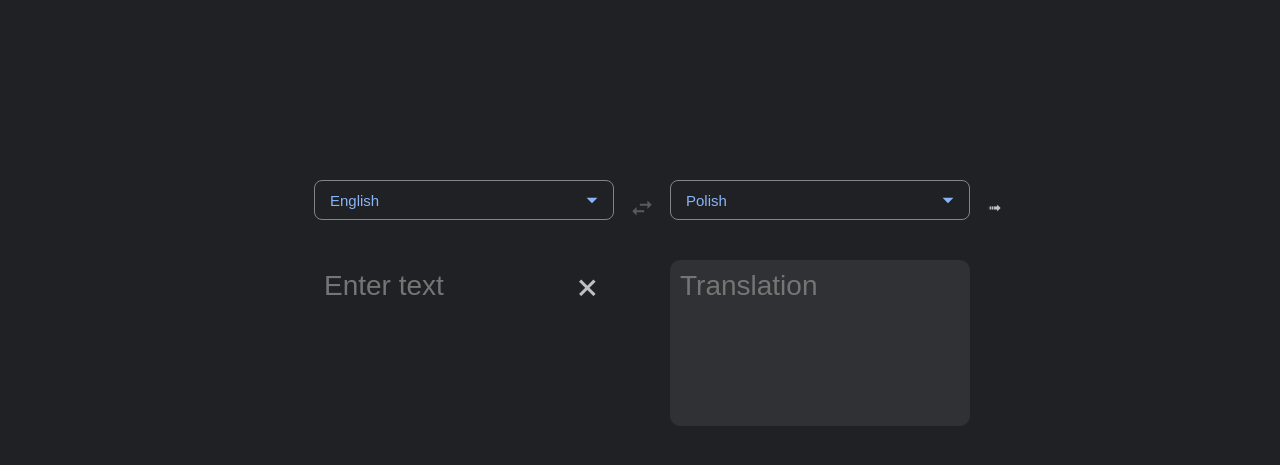
Repository: ShamroOoz/R-varspr-ket-Translator
Page: /
These files come from the project's save history. The page is drawn as it stood at one moment and after the next save; the edit follows.
The browser window is 1280 px wide. The pictures show the whole page.
The project was rebuilt for these pictures with package versions that can differ from the ones it lists, and the page was loaded fresh each time.

Above is the page before, as saved 2022-05-17 20:44:01.

After the next save:
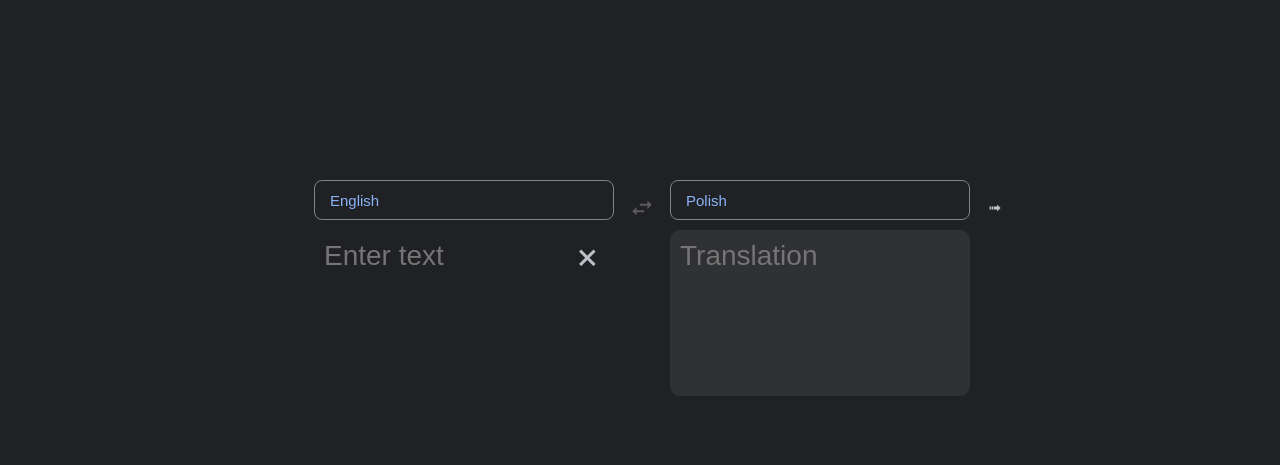
Saved 43 s later.
--- a/src/components/SelectDropDown.js
+++ b/src/components/SelectDropDown.js
@@ -2,15 +2,6 @@ const SelectDropDown = ({ style, selectedLanguage }) => {
   return (
     <div className="select-drop-down">
       <input value={selectedLanguage} />
-      <div className="down-arrow">
-        <svg
-          focusable="false"
-          xmlns="http://www.w3.org/2000/svg"
-          viewBox="0 0 24 24"
-        >
-          <path d="M7 10l5 5 5-5z"></path>
-        </svg>
-      </div>
     </div>
   );
 };
